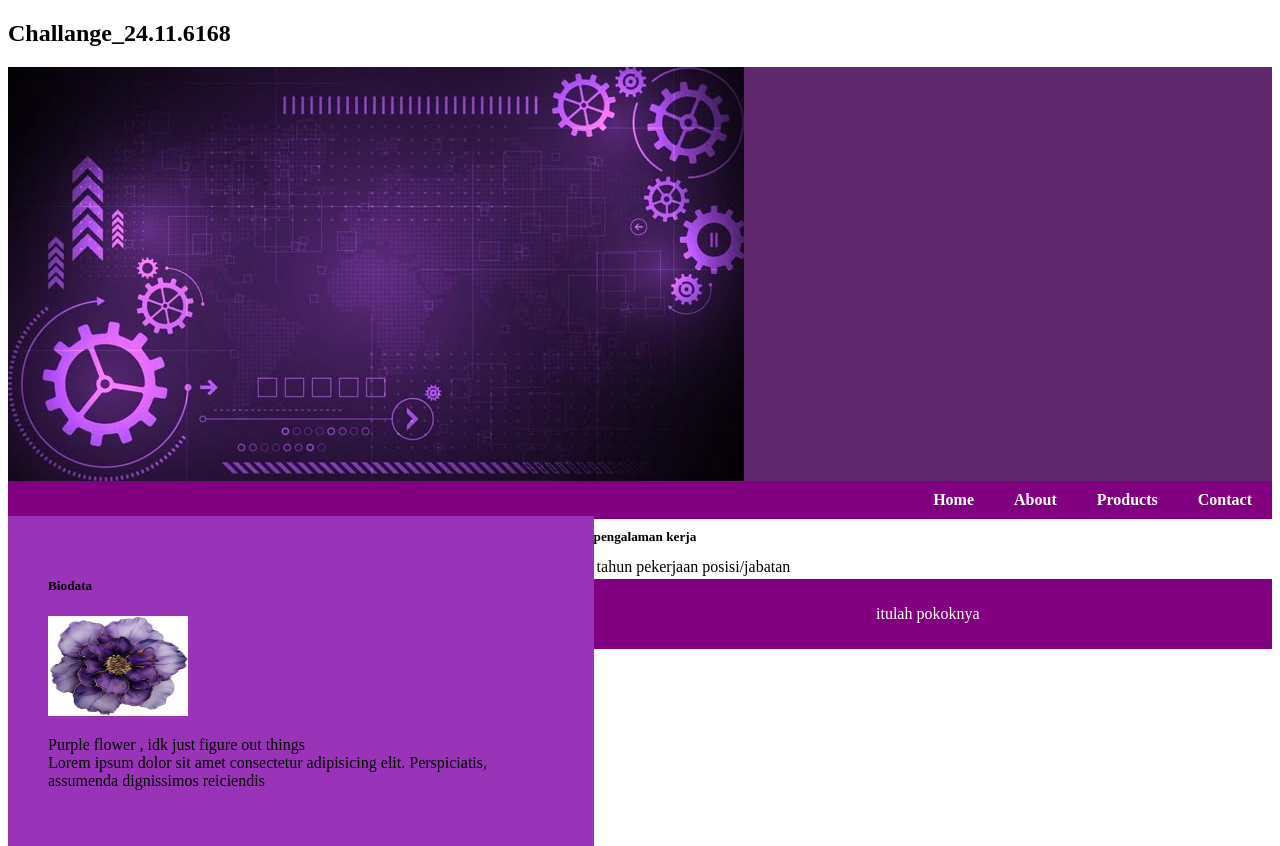
Repository: Ms-Ulfiyahrustam/p5_pemogramanweb
Page: index.html
These files come from the project's save history. The page is drawn as it stood at one moment and after the next save; the edit follows.
The browser window is 1280 px wide. The pictures show the whole page.

Above is the page before, as saved 2026-04-27 09:54:25.

### index.html
<!DOCTYPE html>
<html lang="en">
<head>
    <meta charset="UTF-8">
    <meta name="viewport" content="width=device-width, initial-scale=1.0">
    <link rel="stylesheet" href="style.css">
    <title>Document</title>
</head>
<body class="">
    <h2>Challange_24.11.6168</h2>
    <div class="flex-container">
        <img src="download.jpg" alt="">
    </div>
    <div class="leftside">
        <h5>Biodata</h5>
        <img src="purple.jpg" alt="" width="140" height="100" >
        <p>Purple flower , idk just figure out things <br>
            Lorem ipsum dolor sit amet consectetur adipisicing elit. Perspiciatis, assumenda dignissimos reiciendis  <br>
        </p>
    </div>
    <div class="midplace">
<nav class="menu">
  <ul>
    <li><a href="#">Home</a></li>
    <li><a href="#">About</a></li>
    <li><a href="#">Products</a></li>
    <li><a href="#">Contact</a></li>
  </ul>
</nav>
        </div>

        <div class="rightside">
            <h5>pengalaman kerja</h5>
            <table >
                    <tr>
                        <td>tahun</td>
                        <td> pekerjaan</td>
                        <td>posisi/jabatan</td>
                    </tr>
            </table>
        </div>


        <footer class="footer">
            <p>itulah pokoknya</p>
        </footer>
</body>
</html>

### style.css


.flex-container{
    display: flex;
    background-color: rgb(95, 40, 109);
    margin: auto;
}

.leftside{

    float:left;
    background-color: rgb(153, 52, 184);
    margin-top: 35px;
    width:40%;
    height: 40%;
    padding: 40px;


}

leftside img{
    justify-content: center;
}

.rightside{
    justify-content: right;
}

.rightside h5 {
    justify-content: center;
    margin: auto;
    padding: 10px;
}


.midplace{
    background-color: purple;
    color: azure;

}

.menu {
  background-color: purple;
  padding: 10px 0;
}

.menu ul {
  display: flex;
  justify-content: right;
  list-style: none;
  margin: 0;
  padding: 0;
}

.menu li {
  margin: 0 20px;
}

.menu a {
  text-decoration: none;
  color: white;
  font-weight: bold;
}

.footer {
    background-color :purple;
    padding: 10px;
    text-align: center;
    color : white;
}

After the next save:
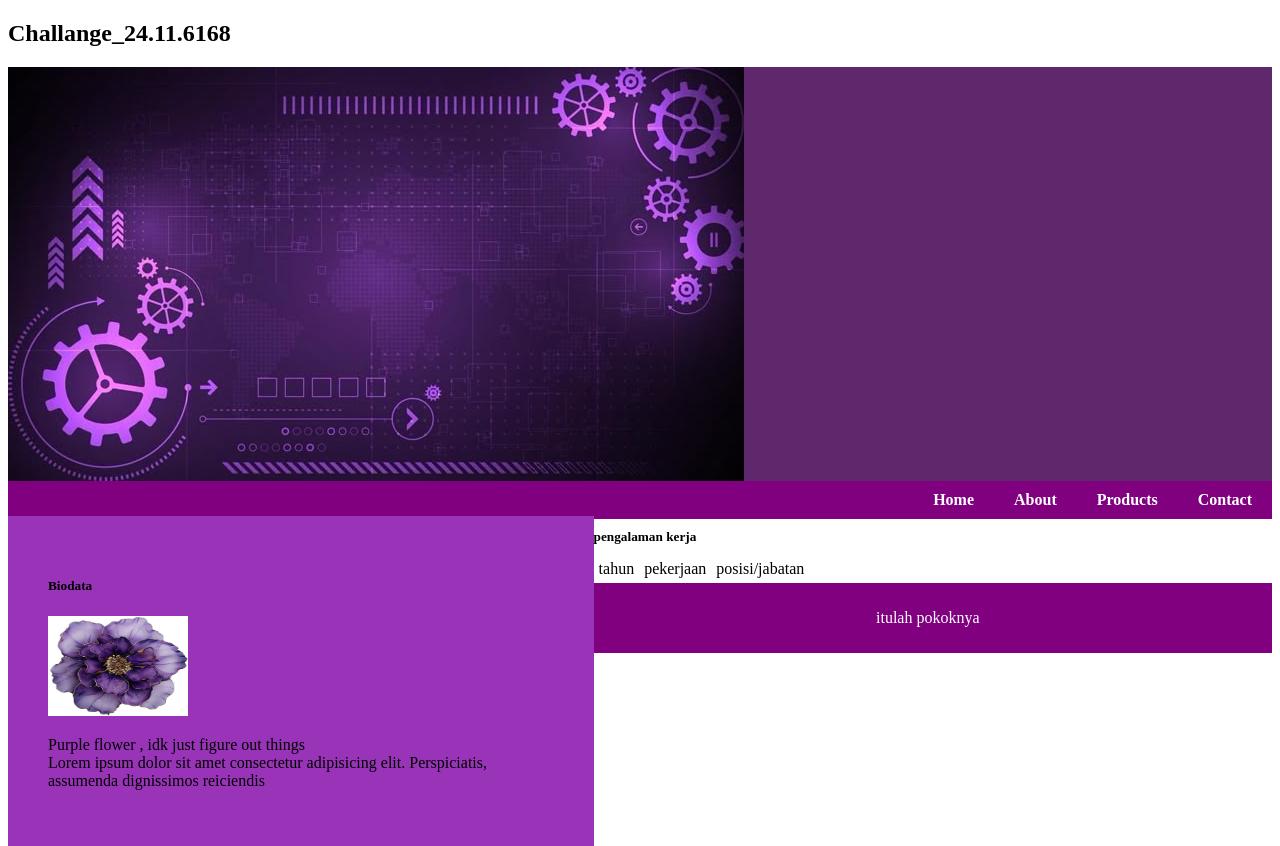
Saved 39 s later.
--- a/index.html
+++ b/index.html
@@ -31,8 +31,8 @@
 
         <div class="rightside">
             <h5>pengalaman kerja</h5>
-            <table >
-                    <tr>
+            <table cellspacing="0" cellpadding="5">
+                    <tr >
                         <td>tahun</td>
                         <td> pekerjaan</td>
                         <td>posisi/jabatan</td>
